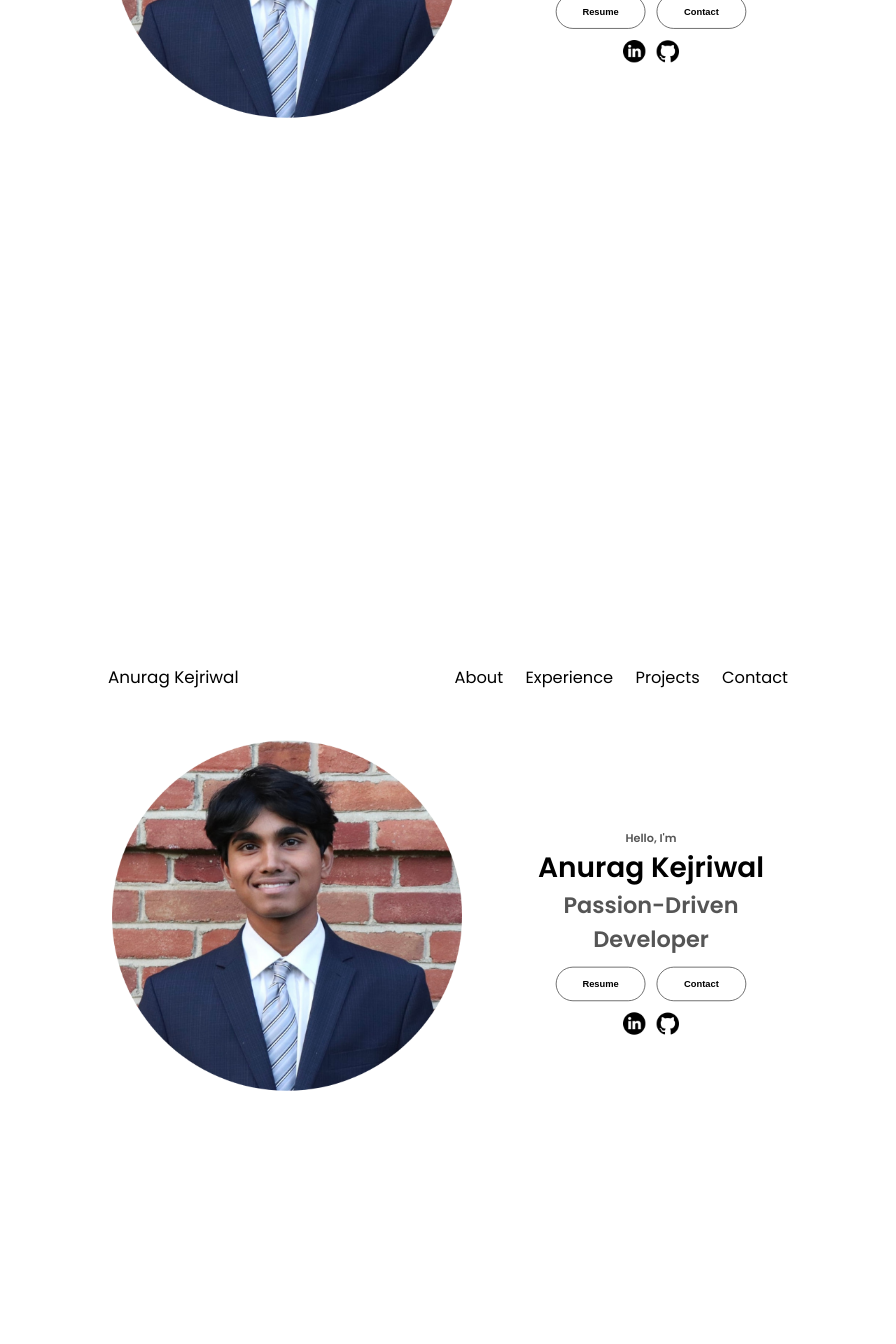
Repository: anuragkej/OldPortfolio
Page: index.html
These files come from the project's save history. The page is drawn as it stood at one moment and after the next save; the edit follows.
The browser window is 1280 px wide. The pictures show the part of the page from y = 483 to 2403 px (the page is 2779 px tall before and 4169 px after), at 70% of full size.

Above is the page before, as saved 2024-05-25 22:23:22.

After the next save:
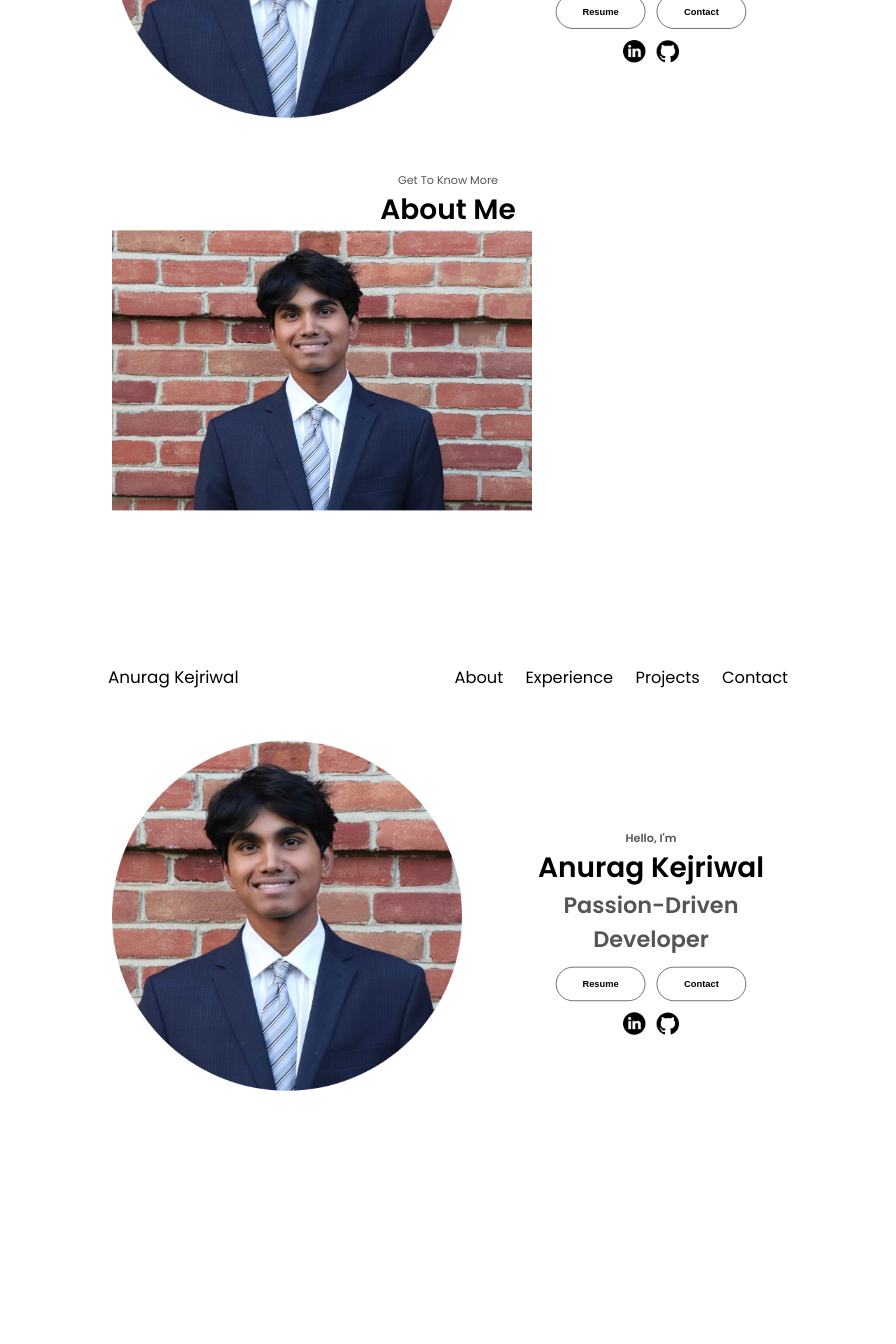
Saved 6 min 38 s later.
--- a/index.html
+++ b/index.html
@@ -1,3 +1,73 @@
+<!DOCTYPE html>
+<html lang="en">
+<head>
+    <meta charset="UTF-8">
+    <meta name="viewport" content="width=device-width, initial-scale=1.0">
+    <title>Personal Portfolio</title>
+    <link rel="stylesheet" href="style.css">
+    <link rel="stylesheet" href="mediaqueries.css">
+</head>
+<body>
+    <nav id="desktop-nav">
+        <div class="logo">Anurag Kejriwal</div>
+        <div>
+            <ul class="nav-links">
+                <li><a href="#about">About</a></li>
+                <li><a href="#experience">Experience</a></li>
+                <li><a href="#projects">Projects</a></li>
+                <li><a href="#contact">Contact</a></li>
+            </ul>
+        </div>
+    </nav>
+    <nav id="hamburger-nav">
+        <div class="logo">Anurag Kejriwal</div>
+        <div class="hamburger-menu">
+            <div class="hamburger-icon" onclick="toggleMenu()">
+                <span></span>
+                <span></span>
+                <span></span>
+            </div>
+            <div class="menu-links">
+                <li><a href="#about" onclick="toggleMenu()" >About</a></li>
+                <li><a href="#experience" onclick="toggleMenu()">Experience</a></li>
+                <li><a href="#projects" onclick="toggleMenu()">Projects</a></li>
+                <li><a href="#contact" onclick="toggleMenu()">Contact</a></li>
+            </div>
+        </div>
+    </nav>
+    <section id="profile">
+        <div class="section_pic-container">
+            <img src="./assets/anuragprofpic.png" alt="Anurag Kejriwal profile picture">
+        </div>
+        <div class="section__text">
+            <p class="section__text__p1">Hello, I'm</p>
+            <h1 class="title">Anurag Kejriwal</h1>
+            <p class="section__text__p2">Passion-Driven Developer</p>
+            <div class="btn-container">
+                <button class="btn btn-color-2"
+                onclick="window.open('./assets/AnuragKejriwalResume_2026.pdf')">Resume</button>
+                <button class="btn btn-color-1"
+                onclick="location.href='./#contact'">Contact</button>
+            </div>
+            <div id="socials-container">
+                <img src="./assets/linkedin.png" alt="My LinkedIn Profile"
+                class ="icon" onclick="location.href='https://linkedin.com/in/anuragkejriwal1/'">
+                <img src="./assets/github.png" alt="My Github Profile"
+                class ="icon" onclick="location.href='https://github.com/anuragkej'">
+            </div>
+        </div>
+    </section>
+    <section id="about">
+        <p class="section__text__p1">Get To Know More</p>
+        <h1 class="title">About Me</h1>
+        <div class="section__pic-container">
+            <img src="./assets/20231026_132825_F9CEAA.jpeg" alt="Profile Picture" class="about-pic"/>
+        </div>
+    </section>
+    <script src="script.js"></script>
+
+</body>
+</html>
 <!DOCTYPE html>
 <html lang="en">
 <head>
